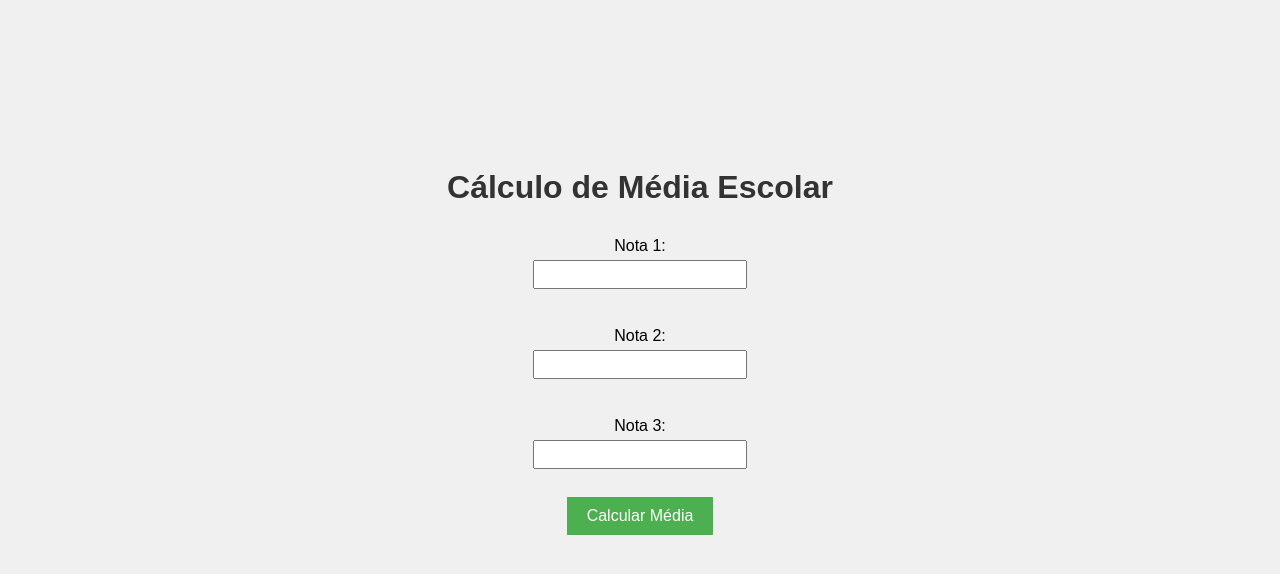
Repository: Gabrielb0rn/JavaScript-HTML.io
Page: atividade 1.html
An editor plug-in stored every save of this project. The page is shown before and after the next save, followed by the edit.
The browser window is 1280 px wide. The pictures show the whole page.

Above is the page before, as saved 2024-07-04 10:46:42.
Not found: script.js

### atividade 1.html
<!DOCTYPE html>
<html lang="pt-br">
<head>
    <meta charset="UTF-8">
    <meta name="viewport" content="width=device-width, initial-scale=1.0">
    <title>Cálculo de Média Escolar</title>
    <style>
        body {
            font-family: Arial, sans-serif;
            display: flex;
            flex-direction: column;
            align-items: center;
            justify-content: center;
            height: 100vh;
            background-color: #f0f0f0;
            margin: 0;
        }
        h1 {
            color: #333;
        }
        label {
            margin: 10px 0 5px;
        }
        input {
            padding: 5px;
            margin-bottom: 10px;
            width: 200px;
        }
        button {
            padding: 10px 20px;
            background-color: #4CAF50;
            color: white;
            border: none;
            cursor: pointer;
            font-size: 16px;
        }
        button:hover {
            background-color: #45a049;
        }
        #resultado {
            margin-top: 20px;
            font-size: 18px;
            color: #333;
        }
    </style>
</head>
<body>
    <h1>Cálculo de Média Escolar</h1>

    <label for="nota1">Nota 1:</label>
    <input type="number" id="nota1" name="nota1"><br>

    <label for="nota2">Nota 2:</label>
    <input type="number" id="nota2" name="nota2"><br>

    <label for="nota3">Nota 3:</label>
    <input type="number" id="nota3" name="nota3"><br>

    <button onclick="calcularMedia()">Calcular Média</button>

    <p id="resultado"></p>

    <script src="script.js"></script>
</body>
</html>

After the next save:
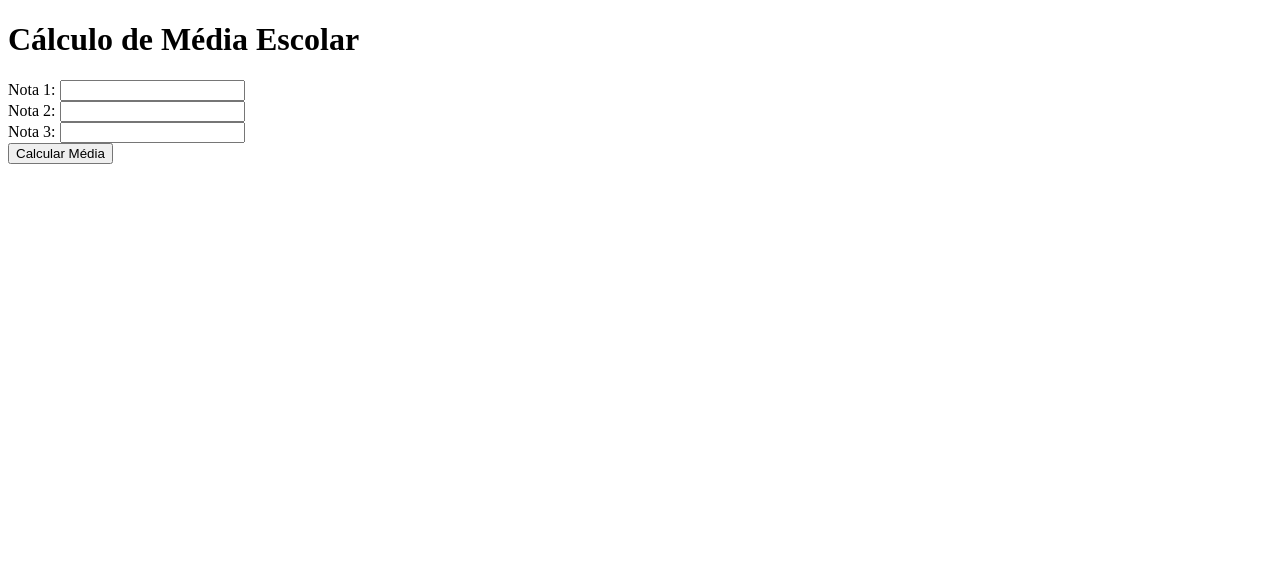
Saved 6 s later.
--- a/atividade 1.html
+++ b/atividade 1.html
@@ -5,43 +5,7 @@
     <meta name="viewport" content="width=device-width, initial-scale=1.0">
     <title>Cálculo de Média Escolar</title>
     <style>
-        body {
-            font-family: Arial, sans-serif;
-            display: flex;
-            flex-direction: column;
-            align-items: center;
-            justify-content: center;
-            height: 100vh;
-            background-color: #f0f0f0;
-            margin: 0;
-        }
-        h1 {
-            color: #333;
-        }
-        label {
-            margin: 10px 0 5px;
-        }
-        input {
-            padding: 5px;
-            margin-bottom: 10px;
-            width: 200px;
-        }
-        button {
-            padding: 10px 20px;
-            background-color: #4CAF50;
-            color: white;
-            border: none;
-            cursor: pointer;
-            font-size: 16px;
-        }
-        button:hover {
-            background-color: #45a049;
-        }
-        #resultado {
-            margin-top: 20px;
-            font-size: 18px;
-            color: #333;
-        }
+
     </style>
 </head>
 <body>
